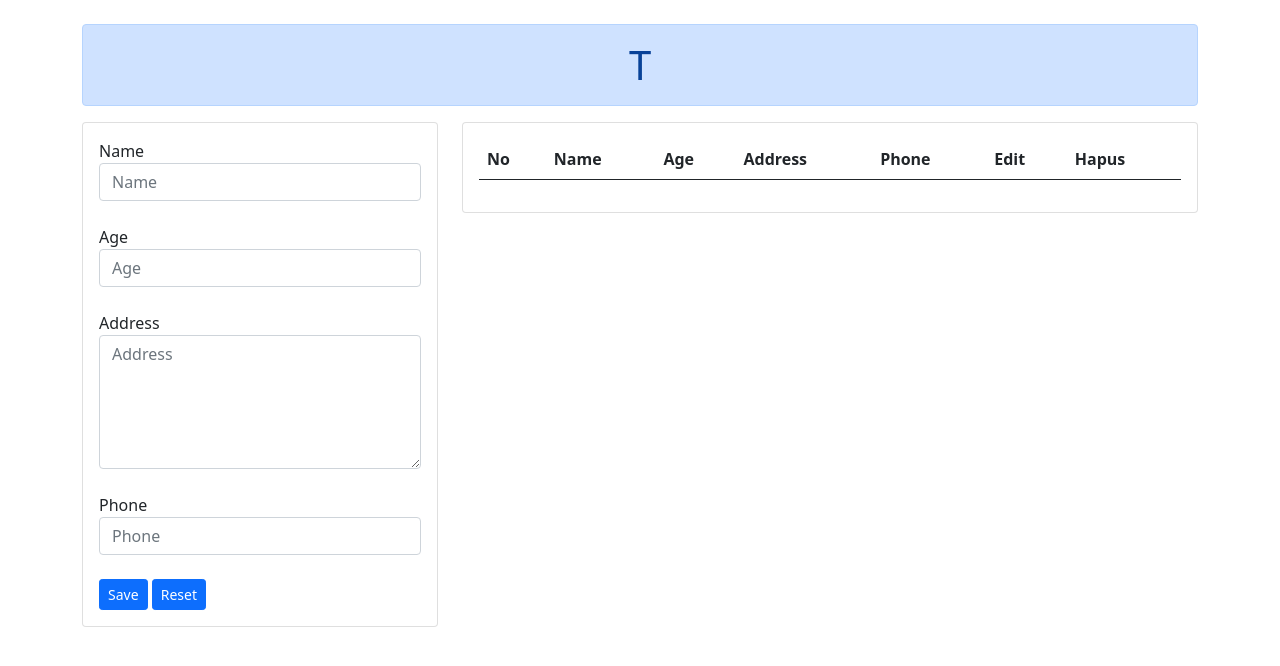
Repository: MENGSRUN/crud-html
Page: index.html
These files come from the project's save history. The page is drawn as it stood at one moment and after the next save; the edit follows.
The browser window is 1280 px wide. The pictures show the whole page.

Above is the page before, as saved 2023-05-11 15:08:02.

After the next save:
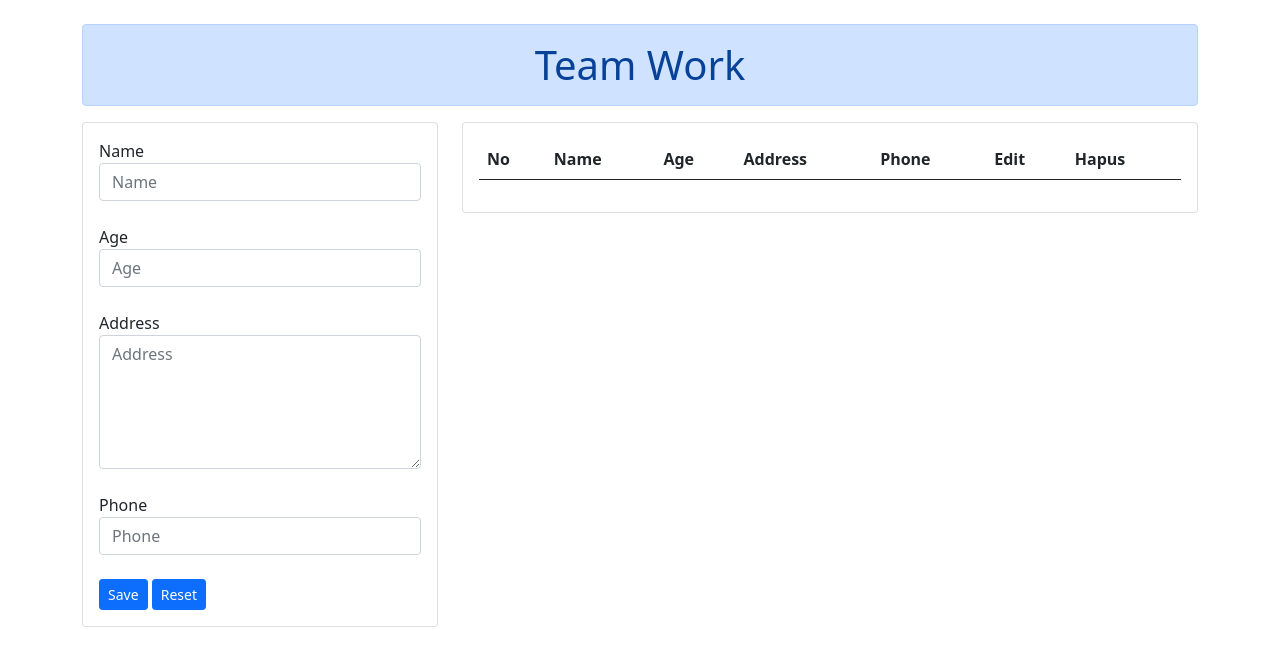
Saved 5 s later.
--- a/index.html
+++ b/index.html
@@ -19,7 +19,7 @@
         <div class="row">
             <div class="col-lg-12">
                 <h1 class="alert alert-primary text-center">
-                    T
+                    Team Work
                 </h1>
             </div>
             <div class="col-lg-4">
